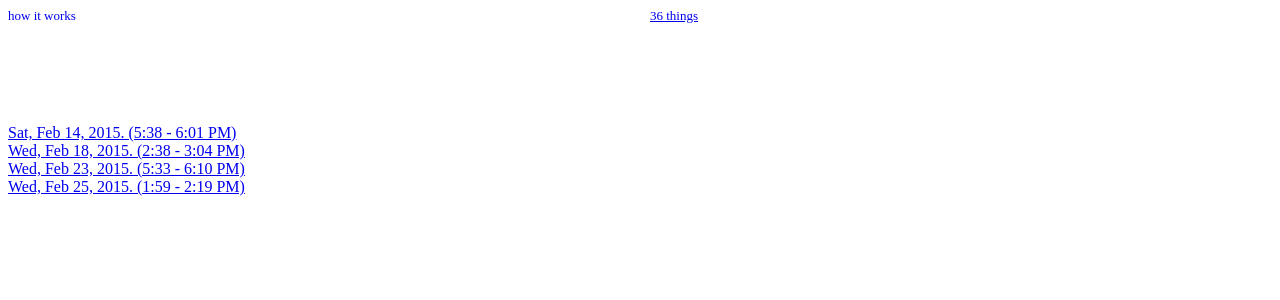
Repository: zhanj122/zhanj122.github.io
Page: 36_things/index.html
The author's editor kept a record of every edit. The page is drawn from the files as they stood at one moment, then again after the next edit.
The browser window is 1280 px wide. The pictures show the whole page.

Above is the page before.

After the next edit:
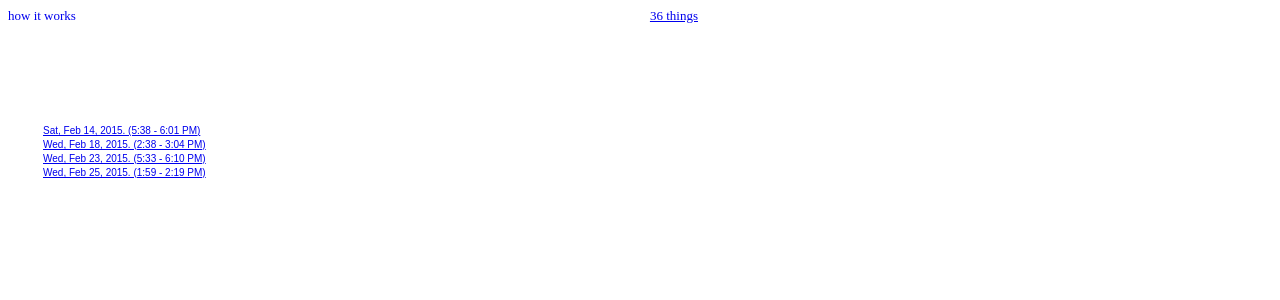
The edit:
--- a/36_things/index.html
+++ b/36_things/index.html
@@ -9,7 +9,7 @@
         <div class="header">
             <a href="howitworks.html"><span class="howitworks">how it works</span></a> <a href="index.html"><span class="thirty-six-things">36 things</span></a>
         </div>
-        <div class="dates">
+        <div class="dates-wrapper">
             <a href="entry1.html">Sat, Feb 14, 2015. (5:38 - 6:01 PM)</a><br>
             <a href="entry1.html">Wed, Feb 18, 2015. (2:38 - 3:04 PM)</a><br>
             <a href="entry3.html">Wed, Feb 23, 2015. (5:33 - 6:10 PM)</a><br>
